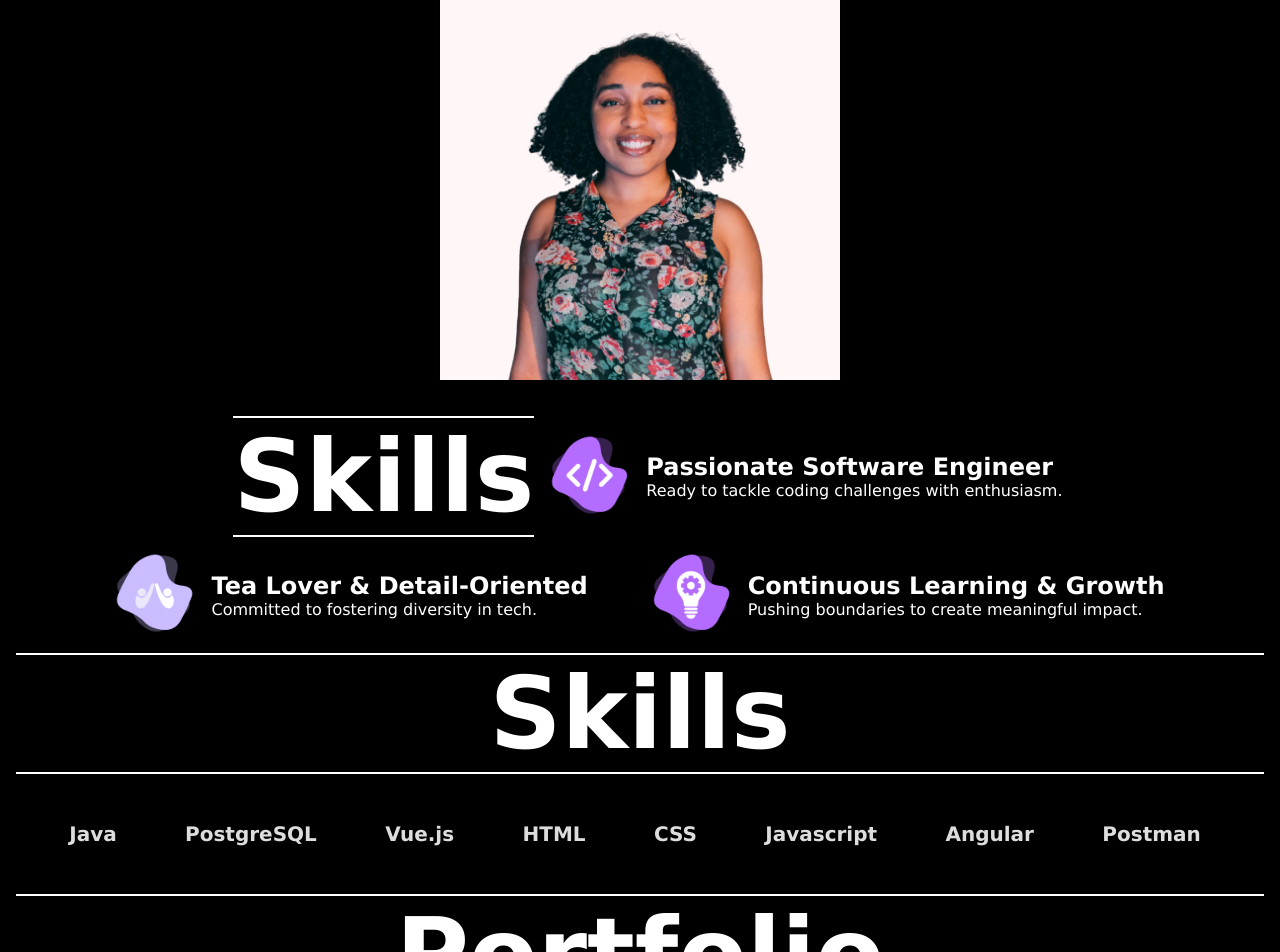
Repository: woodsdeshe/portfolio
Page: index.html
The author's editor kept a copy of each file at every save. The page is drawn from the files as they stood at one save, then again after a run of saves.
The browser window is 1280 px wide. The pictures show the part of the page from y = 898 to 1850 px (the page is 2644 px tall).
A picture or video elsewhere on the page could not be fetched, so the positions and the page height are approximate. Some web fonts or font styles are not loaded; a fallback is used. Some web libraries are served in a nearby version.

Above is the page before, as saved 2023-06-11 16:33:19.

### index.html
<!DOCTYPE html>
<html lang="en">
<head>
    <meta charset="UTF-8">
    <meta http-equiv="X-UA-Compatible" content="IE=edge">
    <meta name="viewport" content="width=device-width, initial-scale=1.0">
    <title>DeShe Woods | Software Engineer</title>
    <link rel="stylesheet" href="style.css">
    <link rel="stylesheet" href="https://cdnjs.cloudflare.com/ajax/libs/aos/2.3.4/aos.css" />
</head>
<body>
    <div class="container">
        <video autoplay muted loop>
            <source src="./images/pexels-crazy-motions-11738195-1920x1080-24fps.mp4" type="video/mp4">
        </video>
        <div class="header">
            <h1>DESHE WOODS</h1>
        </div>
    </div>
    <div class="subheader" data-aos="fade-up"
        <h3>SOFTWARE ENGINEER | VISUAL ARTIST</h3>
    </div>
    <nav class="navbar" data-aos="fade-up">
        <ul>
            <li><a href="#about">About</a></li>
            <li><a href="#skills">Skills</a></li>
            <li><a href="#portfolio">Portfolio</a></li>
            <li><a href="#contact">Contact</a></li>
        </ul>
    </nav>
    <div class="headshot" data-aos="fade-up">
        <img src="./images/Headshot.jpg" alt="Picture of DeShe Woods">
    </div>
    <div class="about-me">
        <div class="about-container">
            <div class="skills-header" data-aos="fade-up">
                <h1 id="skills">Skills</h1>
            </div>
            <div class="logo">
                <img src="./images/code-logo.png" alt="Software Engineer Logo">
            </div>
            <div class="about-content">
                <h2>Passionate Software Engineer</h2>
                <p>Ready to tackle coding challenges with enthusiasm.</p>
            </div>
        </div>
        <div class="about-container">
            <div class="logo">
                <img src="./images/diversity-logo.png" alt="Tea Lover Logo">
            </div>
            <div class="about-content">
                <h2>Tea Lover & Detail-Oriented</h2>
                <p>Committed to fostering diversity in tech.</p>
            </div>
        </div>
        <div class="about-container">
            <div class="logo">
                <img src="./images/gears-logo.png" alt="Continuous Learning Logo">
            </div>
            <div class="about-content">
                <h2>  Continuous Learning & Growth</h2>
                <p>Pushing boundaries to create meaningful impact.</p>
            </div>
        </div>
    </div>


    <div class="skills-header" data-aos="fade-up">
        <h1 id="skills">Skills</h1>
    </div>
    <div class="skills-content" data-aos="fade-up">
        <span class="skill">Java</span>
        <span class="skill">PostgreSQL</span>
        <span class="skill">Vue.js</span>
        <span class="skill">HTML</span>
        <span class="skill">CSS</span>
        <span class="skill">Javascript</span>
        <span class="skill">Angular</span>
        <span class="skill">Postman</span>
    </div>
    <div class="portfolio-header" data-aos="fade-up">
        <h1 id="portfolio">Portfolio</h1>
    </div>
    <div class="optikos" data-aos="fade-up">
        <h1>Optikos: E-learning Platform</h1>
        <img src="./images/Screenshot (6).png" alt="Screenshot of Optikos home page">
    </div>
    <div class="contact" id="contact">
        <h2>Contact</h2>
    </div>
   <footer>
    <a href="#"><i class="fa-brands fa-linkedin"></i></a>
    <a href="#"><i class="fa-brands fa-github"></i></a>
    <a href="#"><i class="fa-solid fa-envelope"></i></a>
   </footer>

   <script src="https://cdnjs.cloudflare.com/ajax/libs/jquery/3.6.0/jquery.min.js"></script>
   <script src="https://cdnjs.cloudflare.com/ajax/libs/aos/2.3.4/aos.js"></script>
   <script src="https://kit.fontawesome.com/4f5c76242c.js" crossorigin="anonymous"></script>
   <script>
     AOS.init();
   </script>
</body>
</html>

### style.css
@import url('https://fonts.googleapis.com/css2?family=Climate+Crisis&display=swap');

* {
    margin: 0;
    padding: 0;
    box-sizing: border-box;
}

body:not(.container) {
    background-color: #000;
    font-family: Verdana, Geneva, Tahoma, sans-serif;
    color: white;
    overflow-y: scroll;
}

.container {
    width: 100%;
    min-height: 100vh;
    position: relative;
    overflow: hidden;
}

.container video {
    height: 100%;
    width: 100%;
}

.header h1{
    font-family:'Climate Crisis', cursive, Verdana;
    font-size: 200px;
    font-weight: 900;
    text-align: center;
    color: white;
    position: absolute;
    top: 0;
    left:0;
    background: #000;
    height: 100%;
    width: 100%;
    display:flex;
    align-items: center;
    justify-content: center;
    flex-wrap: wrap;
    mix-blend-mode: multiply;
}

.subheader {
    border-top: 2px solid white;
    border-bottom: 2px solid white;
    padding: 1rem;
    text-align: center;
    font-size: 40px;
    font-weight: bold;
}

.navbar {
    background-color: #000;
    padding: 1rem;
    text-align: center;
}

.navbar ul {
    list-style-type: none;
}

.navbar li {
    display: inline-block;
    margin-right: 1rem;
}

.navbar a {
    text-decoration: none;
    color: white;
    font-size: 20px;
    font-weight: bold;
    padding: 0.5rem 1rem;
}

.navbar a:hover {
    background-color: #b46bff;
    border-radius: 5px;
    transition: background-color 0.3s ease;
}


.headshot img {
    height:400px;
    width: 400px;
    align-content: center;
    display:block;
    margin-left: auto;
    margin-right: auto;
    margin-top: 20px;
    margin-bottom: 20px;
}


.about-me {
    display: flex;
    flex-wrap: wrap;
    justify-content: center;
}

.about-container {
    display: flex;
    align-items: center;
    margin: 0 2rem;
}

.logo img {
    height: 80px;
    width: 80px;
}

.about-content {
    margin-left: 1rem;
}

.portfolio-header, .skills-header, .contact h2 {
    font-size: 50px;
    text-align: center;
    border-top: 2px solid white;
    border-bottom: 2px solid white;
    margin: 1rem
}

.skills-content {
    display: flex;
    flex-direction: row;
    justify-content: space-around;
    margin: 40px;
}

.skill {
    display: inline-block;
    padding: 8px 12px;
    margin-right: 10px;
    font-size: 20px;
    font-weight: bold;
    text-decoration: none;
    color: #ddd;
    border-radius: 4px;
    transition: background-color 0.3s ease;
  }

  .skill:hover {
    background-color: #b46bff;
    cursor: pointer;
  }


.portfolio {
    display: flex;
    flex-direction: column;
}

.optikos img {
   width: 597px;
   height: 500px;
   display: block;
   margin-left: auto;
    margin-right: auto;
    margin-bottom: 20px;
}


.optikos h1 {
    text-align: center;
    margin: 20px;
}

.optikos p {
    grid-area: "optikos-content";
}

.contact h2{
    font-size: 50px
}

footer {
    display: flex;
    justify-content: center;
    font-size: 20px;
}



footer a {
        box-shadow: inset 0 0 0 0
        #aac8ff;
        color: white;
        margin: 0 -.25rem;
        padding: 10px;
        transition: color .3s ease-in-out, box-shadow .3s ease-in-out;
        font-size: 30px;
}

footer a:hover {
    box-shadow: inset 100px 0 0 0 #bd78ff;
    color: white;
}

@media screen and (max-width: 768px) {
.container {
        min-height: auto;
        height: 100vh;
    }
    .container video {
        height: auto;
        width: 100%;
    }

    .about-me {
        flex-direction: column;
        align-items: center;
    }

    .about-container {
        margin: 1rem 0;
    }

    .about-content {
        margin-left: 0;
        margin-top: 1rem;
    }
}

body:not(.container) {
    overflow-x: hidden;
}

.aos-animate {
    transition-duration: 7s;
  }

After the next 3 saves:
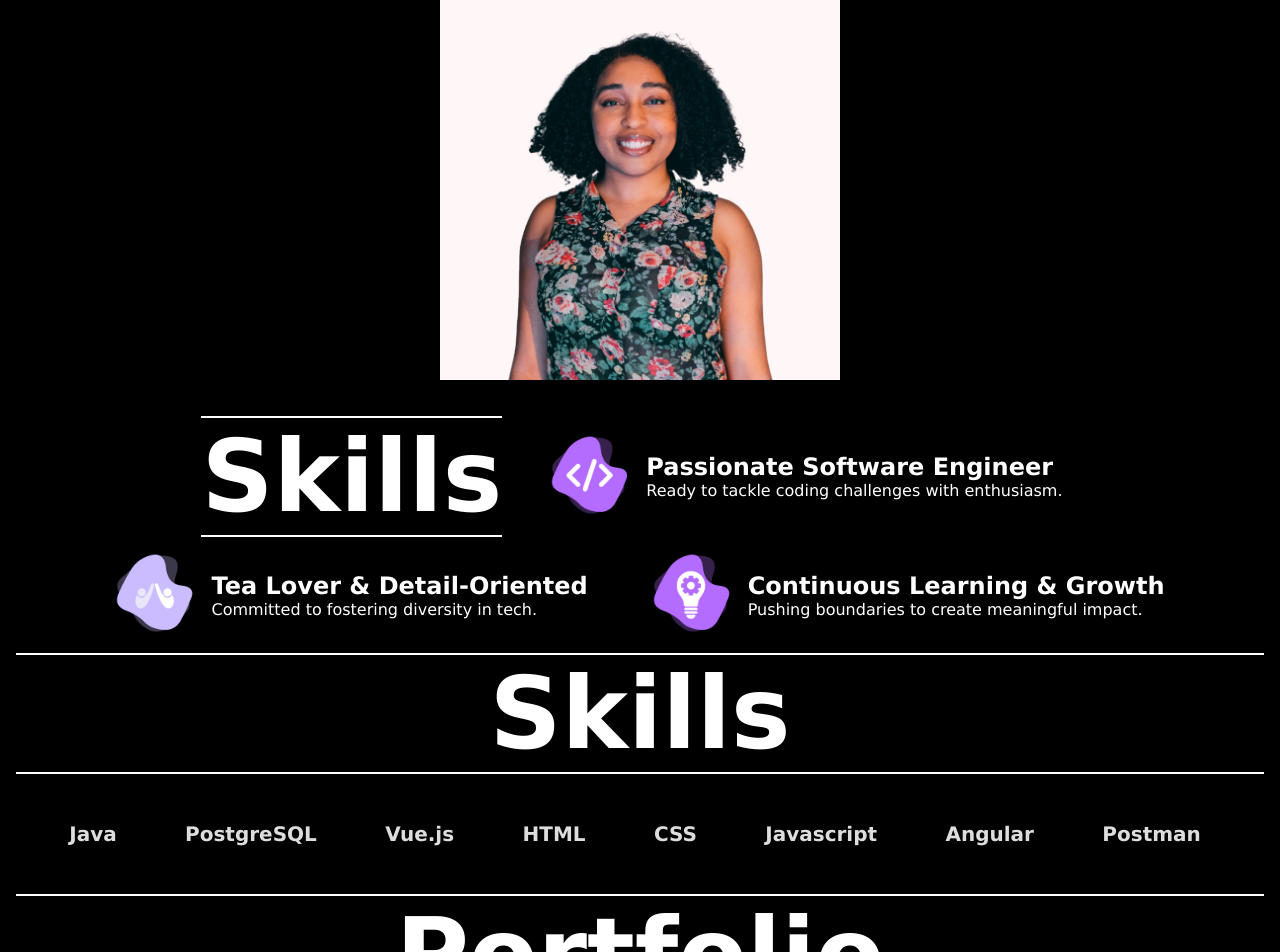
The 3 saves are shown as one change because they came seconds apart.
The last was saved 10 s later.
--- a/index.html
+++ b/index.html
@@ -32,10 +32,10 @@
         <img src="./images/Headshot.jpg" alt="Picture of DeShe Woods">
     </div>
     <div class="about-me">
+        <div class="skills-header" data-aos="fade-up">
+            <h1 id="skills">Skills</h1>
+        </div>
         <div class="about-container">
-            <div class="skills-header" data-aos="fade-up">
-                <h1 id="skills">Skills</h1>
-            </div>
             <div class="logo">
                 <img src="./images/code-logo.png" alt="Software Engineer Logo">
             </div>
